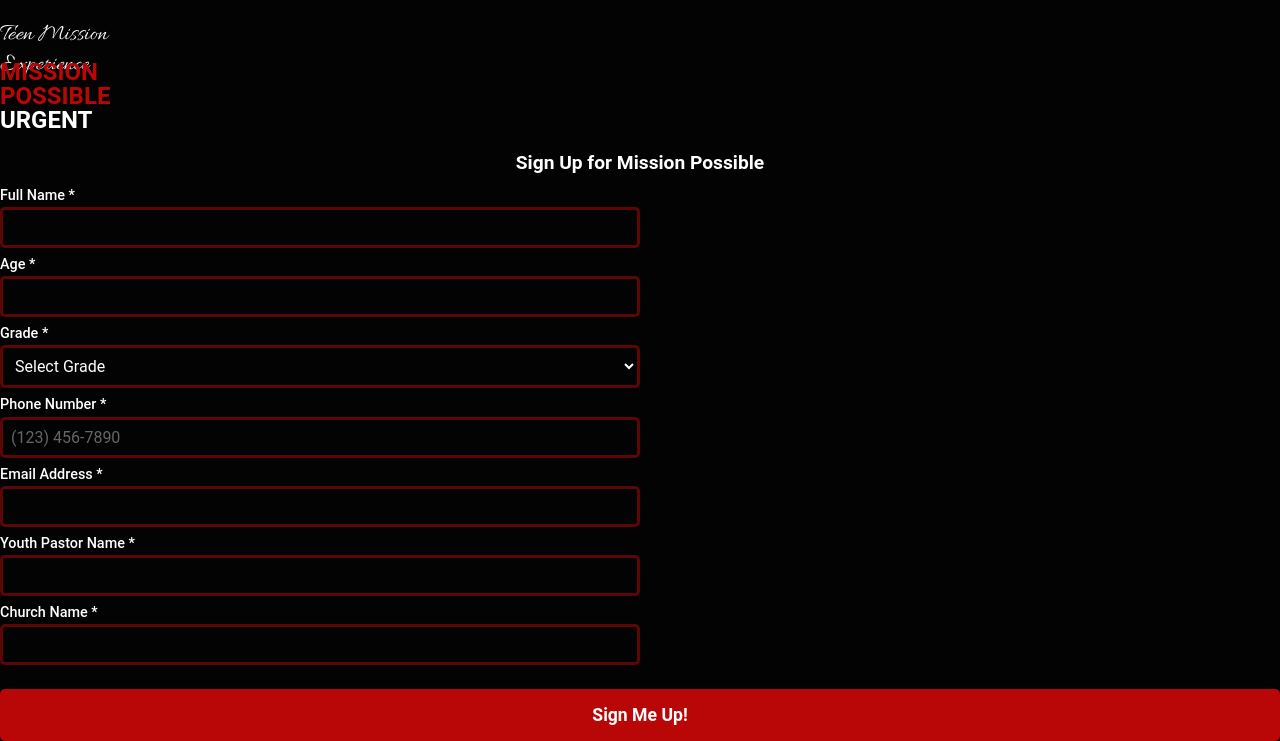
Repository: Aworminator/Wyandotte-Family-Love-Week
Page: index.html
These files come from the project's save history. The page is drawn as it stood at one moment and after the next save; the edit follows.
The browser window is 1280 px wide. The pictures show the whole page.

Above is the page before, as saved 2025-11-01 09:38:50.

After the next save:
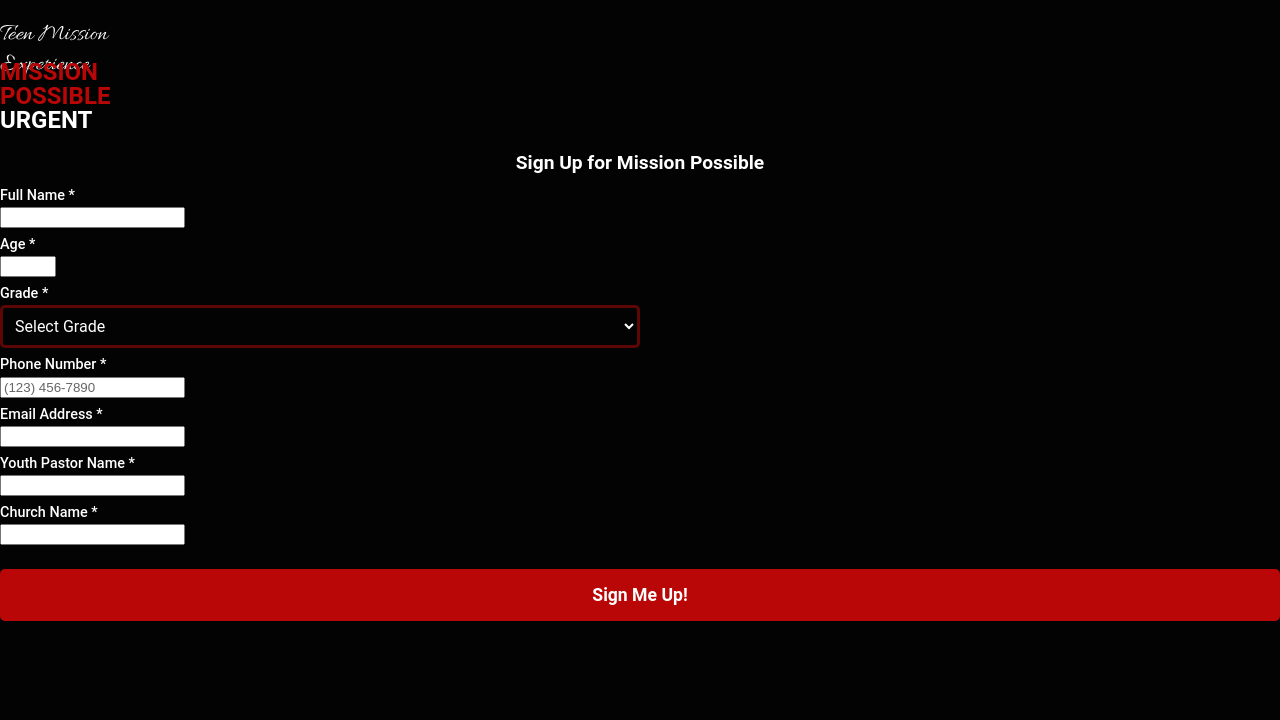
Saved 6 s later.
--- a/style.css
+++ b/style.css
@@ -87,7 +87,7 @@
   font-weight: 500;
 }
 
-
+#sign-u
 
 .form-group input,
 .form-group select {

After the save that followed:
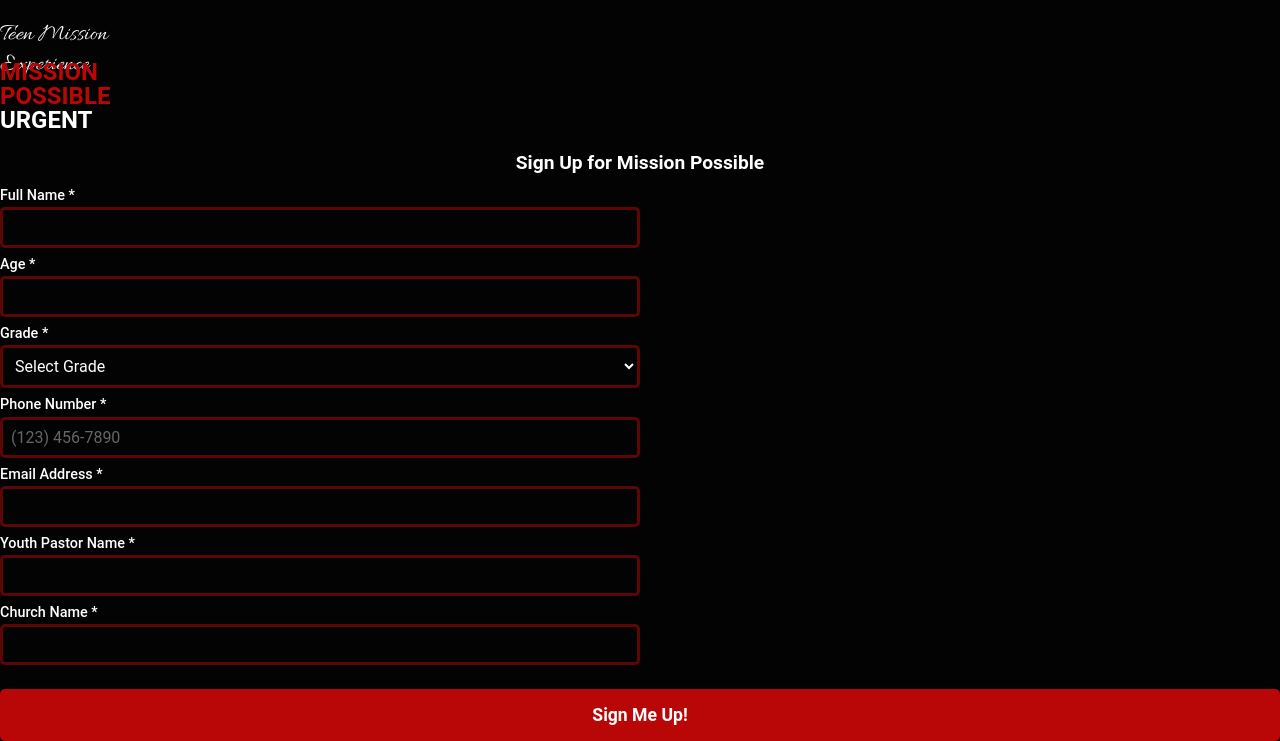
Saved 4 s later.
--- a/style.css
+++ b/style.css
@@ -87,7 +87,9 @@
   font-weight: 500;
 }
 
-#sign-u
+#sign-up-form {
+
+}
 
 .form-group input,
 .form-group select {
